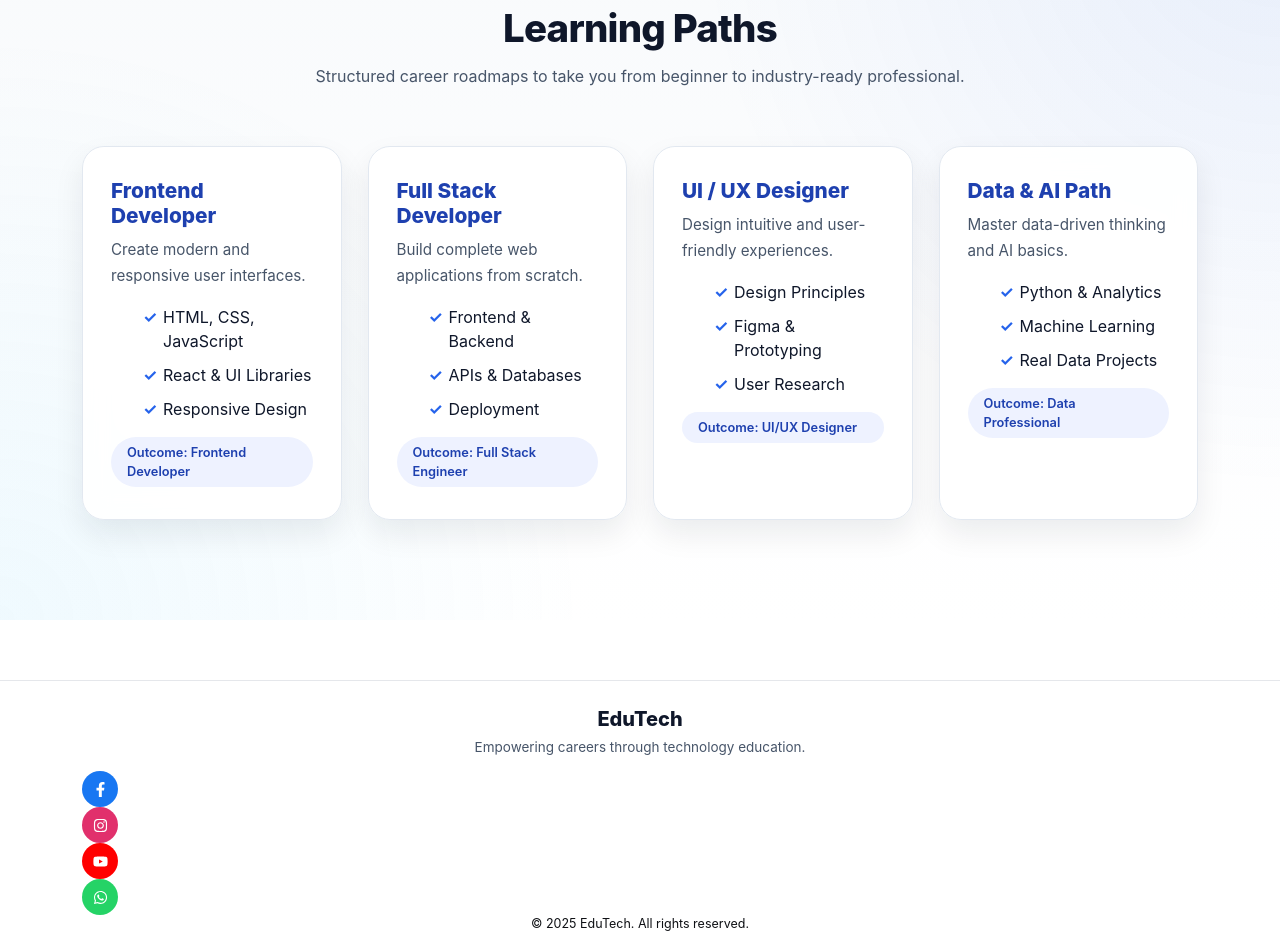
Repository: Aswin74k/project-2
Page: /
These files come from the project's save history. The page is drawn as it stood at one moment and after the next save; the edit follows.
The browser window is 1280 px wide. The pictures show the part of the page from y = 2139 to 3091 px (the page is 3091 px tall before and 2985 px after).
The project was rebuilt for these pictures with package versions that can differ from the ones it lists, and the page was loaded fresh each time. Also part of the build but not shown: vite.config.js, src/project/course.css, src/project/Course.jsx, src/project/About.css, src/project/About.jsx, src/project/Enroll.css, src/project/Enroll.jsx, src/project/contact.css and 2 more.

Above is the page before, as saved 2025-12-25 19:50:24.

### src/main.jsx
import React from "react";
import ReactDOM from "react-dom/client";
import { BrowserRouter } from "react-router-dom";
import App from "./project/App";
import { AuthProvider } from "./context/AuthContext"; // ✅ ADD THIS
import "bootstrap/dist/css/bootstrap.min.css";

ReactDOM.createRoot(document.getElementById("root")).render(
  <React.StrictMode>
    <BrowserRouter>
      <AuthProvider>
        <App />
      </AuthProvider>
    </BrowserRouter>
  </React.StrictMode>
);

### src/project/App.jsx
import React from "react";
import { Routes, Route } from "react-router-dom";

import EduNavbar from "./EduNavbar";
import Home from "./Home";
import Course from "./Course";
import About from "./About";
import Enroll from "./Enroll";
import Contact from "./Contact";
import ProtectedRoute from "./ProtectedRoute";

export default function App() {
  return (
    <>
      <EduNavbar />

      <Routes>
        <Route path="/" element={<Home />} />
        <Route path="/courses/:id" element={<Course />} />
        <Route path="/about" element={<About />} />
        <Route path="/Contact" element={<Contact />} />


        <Route
          path="/enroll"
          element={
            <ProtectedRoute>
              <Enroll />
            </ProtectedRoute>
          }
        />
      </Routes>

    </>
  );
}

### src/context/AuthContext.jsx
import { createContext, useContext, useState, useEffect } from "react";

const AuthContext = createContext();

export function AuthProvider({ children }) {
  const [user, setUser] = useState(null);
  const [loading, setLoading] = useState(true);

  useEffect(() => {
    const savedUser = JSON.parse(
      localStorage.getItem("loggedInUser")
    );
    if (savedUser) setUser(savedUser);
    setLoading(false);
  }, []);

  const login = (email, password) => {
    const users =
      JSON.parse(localStorage.getItem("registeredUsers")) || [];

    const foundUser = users.find(
      (u) => u.email === email && u.password === password
    );

    if (!foundUser) {
      return { success: false, message: "Invalid email or password" };
    }

    localStorage.setItem(
      "loggedInUser",
      JSON.stringify(foundUser)
    );
    setUser(foundUser);

    return {
      success: true,
      message: `Welcome back, ${foundUser.firstName}`,
    };
  };

  const signup = (data) => {
    const users =
      JSON.parse(localStorage.getItem("registeredUsers")) || [];

    if (users.some((u) => u.email === data.email)) {
      return {
        success: false,
        message: "User already exists with this email!",
      };
    }

    users.push(data);
    localStorage.setItem(
      "registeredUsers",
      JSON.stringify(users)
    );

    localStorage.setItem(
      "loggedInUser",
      JSON.stringify(data)
    );
    setUser(data);

    return {
      success: true,
      message: "Account created successfully",
    };
  };

  const logout = () => {
    localStorage.removeItem("loggedInUser");
    setUser(null);
  };

  return (
    <AuthContext.Provider
      value={{ user, login, signup, logout, loading }}
    >
      {children}
    </AuthContext.Provider>
  );
}

export const useAuth = () => useContext(AuthContext);

### src/project/Navbar.css
/* ================= ROOT VARIABLES ================= */
:root {
  --primary: #111827;
  --primary-soft: rgba(17, 24, 39, 0.08);
  --danger: #ef4444;
  --success: #22c55e;

  --text-dark: #000000;
  --text-muted: #6b7280;

  --border-light: #e5e7eb;
  --bg-white: #ffffff;
}

/* ================= NAVBAR ================= */
.navbar {
  background: var(--bg-white);
  padding: 14px 0;
  border-bottom: 1px solid var(--border-light);
  transition: all 0.3s ease;
  z-index: 1000;
}

.navbar-scrolled {
  box-shadow: 0 10px 30px rgba(0, 0, 0, 0.08);
}

/* ================= BRAND ================= */
.navbar-brand {
  font-size: 1.8rem;
  font-weight: 900;
  letter-spacing: -0.5px;

  background: linear-gradient(90deg, #2563eb, #38bdf8);

  background-clip: text;              /* standard */
  -webkit-background-clip: text;      /* safari/chrome */
  -webkit-text-fill-color: transparent;

  transition: all 0.25s ease;
}

/* Optional hover (subtle, classy) */
.navbar-brand:hover {
  transform: translateY(-1px);
  filter: brightness(1.1);
}



/* ================= NAV LINKS ================= */
.navbar-nav .nav-link {
  color: var(--text-dark) !important;
  font-weight: 600;
  font-size: 0.95rem;
  padding: 8px 14px;
  position: relative;
}

.navbar-nav .nav-link::after {
  content: "";
  position: absolute;
  left: 50%;
  bottom: 2px;
  width: 0;
  height: 2px;
  background: var(--text-dark);
  transform: translateX(-50%);
  transition: width 0.3s ease;
}

.navbar-nav .nav-link:hover::after {
  width: 70%;
}

/* ================= SEARCH ================= */
.custom-search {
  position: relative;
  width: 210px;
}

.custom-search input {
  width: 100%;
  padding: 10px 42px 10px 16px;
  border-radius: 999px;
  border: 1px solid var(--border-light);
  background: #e4e5e6;
  font-size: 0.9rem;
}

.custom-search svg {
  position: absolute;
  right: 14px;
  top: 50%;
  transform: translateY(-50%);
  color: var(--text-muted);
}

/* ================= USER ================= */
.username {
  background: var(--primary-soft);
  color: var(--text-dark);
  padding: 6px 14px;
  border-radius: 999px;
  font-size: 0.85rem;
  font-weight: 600;
}

.user-icon {
  font-size: 22px;
  color: var(--text-dark);
  cursor: pointer;
}

/* ================= LOGOUT ICON ================= */
.logout-icon {
  font-size: 24px;
  color: var(--text-dark);
  cursor: pointer;
}

.logout-icon:hover {
  color: var(--danger);
}

/* ================= MODALS ================= */
.modal-content {
  border-radius: 22px;
  border: none;
  box-shadow: 0 30px 90px rgba(0, 0, 0, 0.25);
  padding: 20px;
}

.modal-header {
  border-bottom: 1px solid var(--border-light);
}

.modal-title {
  font-weight: 700;
}

.modal-body {
  padding: 28px 32px 32px;
}

/* ================= AUTH INPUT (IMAGE MATCHED) ================= */
.auth-input {
  width: 100%;
  height: 56px;
  border-radius: 16px;
  border: 1.5px solid #d1d5db;
  padding: 14px 18px;
  font-size: 1rem;
  margin-bottom: 18px;
  background: #ffffff;
}

.auth-input:focus {
  outline: none;
  border-color: #6366f1;
  box-shadow: 0 0 0 2px rgba(99, 102, 241, 0.25);
}

/* ================= PASSWORD ================= */
.password-wrapper {
  position: relative;
}

.password-wrapper span {
  position: absolute;
  right: 18px;
  top: 40%;
  transform: translateY(-50%);
  font-size: 18px;
  color: var(--text-muted);
  cursor: pointer;
}

/* ================= NAME ROW (SIGNUP) ================= */
.name-row {
  display: grid;
  grid-template-columns: 1fr 1fr;
  gap: 18px;
  margin-bottom: 18px;
}

/* ================= AUTH BUTTON ================= */
.auth-btn {
  width: 100%;
  height: 56px;
  border-radius: 16px;
  background: var(--text-dark);
  border: none;
  color: #fff;
  font-size: 1.05rem;
  font-weight: 600;
  margin-top: 8px;
}

.auth-btn:hover {
  opacity: 0.9;
}

/* ================= AUTH FOOTER ================= */
.auth-footer {
  margin-top: 16px;
  text-align: center;
  font-size: 0.9rem;
  color: var(--text-muted);
}

.auth-footer span {
  color: var(--text-dark);
  font-weight: 600;
  cursor: pointer;
}

/* ================= LOGOUT MODAL ================= */
.logout-modal .logout-icon-wrapper {
  width: 64px;
  height: 64px;
  background: rgba(0, 0, 0, 0.08);
  color: var(--danger);
  border-radius: 50%;
  display: flex;
  align-items: center;
  justify-content: center;
  font-size: 28px;
  margin: 0 auto 16px;
}

.logout-actions {
  display: flex;
  gap: 14px;
  justify-content: center;
}

.logout-cancel {
  padding: 10px 22px;
  border-radius: 14px;
  border: 2px solid var(--text-dark);
  background: transparent;
  font-weight: 600;
}

.logout-confirm {
  padding: 10px 22px;
  border-radius: 14px;
  background: var(--danger);
  border: none;
  color: #fff;
  font-weight: 600;
}

/* ================= MOBILE ================= */
@media (max-width: 768px) {
  .navbar-collapse {
    background: #ffffff;
    padding: 18px;
    border-radius: 16px;
    margin-top: 10px;
  }

  .custom-search {
    width: 100%;
    margin-top: 12px;
  }

  .name-row {
    grid-template-columns: 1fr;
  }
}

/* ================= AUTH MESSAGES (FINAL POLISH) ================= */
.modal-message {
  padding: 14px 18px;
  border-radius: 14px;
  font-size: 0.9rem;
  font-weight: 600;
  text-align: center;
  margin-bottom: 18px;
  line-height: 1.4;
  animation: messageFade 0.25s ease-in-out;
}

/* SUCCESS */
.modal-message.success {
  background: rgba(34, 197, 94, 0.14);
  color: #15803d;
  border: 1.5px solid rgba(34, 197, 94, 0.35);
}

/* ERROR */
.modal-message.error {
  background: rgba(239, 68, 68, 0.14);
  color: #b91c1c;
  border: 1.5px solid rgba(239, 68, 68, 0.35);
}

/* subtle animation */
@keyframes messageFade {
  from {
    opacity: 0;
    transform: translateY(-6px);
  }
  to {
    opacity: 1;
    transform: translateY(0);
  }
}

### src/project/Home.css
/* =========================
   DESIGN TOKENS
========================= */
:root {
  --primary: #2563eb;
  --primary-dark: #1e40af;
  --accent: #38bdf8;

  --text-main: #0f172a;
  --text-muted: #475569;

  --bg-light: #f8fafc;
  --glass: rgba(255, 255, 255, 0.92);

  --radius-lg: 22px;
  --radius-md: 14px;

  --shadow-soft: 0 14px 30px rgba(15, 23, 42, 0.08);
  --shadow-strong: 0 28px 60px rgba(15, 23, 42, 0.16);
}

/* =========================
   BASE
========================= */
.home {
  font-family: "Inter", "Segoe UI", system-ui, sans-serif;
  color: var(--text-main);
  background: #ffffff;
  overflow-x: hidden;
}

/* =========================
   SECTION HEADINGS
========================= */
.section-title {
  text-align: center;
  font-size: clamp(2rem, 3vw, 2.5rem);
  font-weight: 800;
  letter-spacing: -0.02em;
  margin-bottom: 12px;
}

.section-subtitle {
  text-align: center;
  max-width: 720px;
  margin: 0 auto 56px;
  font-size: 1rem;
  color: var(--text-muted);
  line-height: 1.7;
}

/* =========================
   HERO SECTION
========================= */
.hero-section {
  min-height: 95vh;
  background:
    linear-gradient(120deg, rgba(15, 23, 42, 0.92), rgba(15, 23, 42, 0.85)),
    url("https://images.unsplash.com/photo-1523240795612-9a054b0db644");
  background-size: cover;
  background-position: center;
  display: flex;
  align-items: center;
}

.hero-content {
  max-width: 860px;
  margin: auto;
  text-align: center;
  color: #ffffff;
}

.hero-content h1 {
  font-size: clamp(2.4rem, 4vw, 3.3rem);
  font-weight: 900;
  line-height: 1.15;
  margin-bottom: 20px;
}

.hero-content span {
  background: linear-gradient(90deg, var(--accent), var(--primary));
  background-clip: text;
  -webkit-background-clip: text;
  -webkit-text-fill-color: transparent;
}

.hero-content p {
  font-size: 1.1rem;
  line-height: 1.8;
  color: #e5e7eb;
  margin-bottom: 38px;
}

.hero-actions {
  display: flex;
  justify-content: center;
  gap: 18px;
}

.hero-actions .btn {
  padding: 12px 32px;
  font-size: 15.5px;
  border-radius: 999px;
  font-weight: 600;
  transition: all 0.3s ease;
}

.hero-actions .btn-primary {
  background: linear-gradient(135deg, var(--primary), var(--accent));
  border: none;
}

.hero-actions .btn-primary:hover {
  transform: translateY(-2px);
  box-shadow: var(--shadow-soft);
}

.hero-actions .btn-outline-light:hover {
  background: rgba(255, 255, 255, 0.12);
}

/* =========================
   STATS SECTION
========================= */
.stats-section {
  padding: 80px 0;
  background: linear-gradient(180deg, #f8fafc, #ffffff);
}

.stat-box {
  background: #ffffff;
  border-radius: var(--radius-md);
  padding: 32px 18px;
  text-align: center;
  box-shadow: var(--shadow-soft);
  transition: box-shadow 0.3s ease;
}

.stat-box:hover {
  box-shadow: var(--shadow-strong);
}

.stat-box svg {
  font-size: 38px;
  color: var(--primary);
  margin-bottom: 12px;
}

.stat-box h3 {
  font-size: 30px;
  font-weight: 800;
  margin-bottom: 4px;
}

.stat-box p {
  font-size: 14px;
  color: var(--text-muted);
}

/* =========================
   COURSES
========================= */
.courses-section {
  padding: 90px 0;
}

.course-card {
  border-radius: var(--radius-lg);
  overflow: hidden;
  background: #ffffff;
  box-shadow: var(--shadow-soft);
  transition: box-shadow 0.3s ease;
}

.course-card:hover {
  box-shadow: var(--shadow-strong);
}

.course-img {
  height: 180px;
  object-fit: cover;
}

.course-card .card-body {
  padding: 22px;
}

.course-card .card-title {
  font-size: 16.5px;
  font-weight: 700;
  margin-bottom: 8px;
}

.course-meta {
  display: flex;
  justify-content: space-between;
  font-size: 13px;
  color: #64748b;
  margin-bottom: 10px;
}

.course-rating {
  display: flex;
  align-items: center;
  gap: 6px;
  color: hsl(48, 96%, 53%);
}


.course-card .btn {
  border-radius: 999px;
  font-weight: 600;
}

/* =========================
   CAREER PATHS
========================= */
.paths-section {
  padding: 100px 0;
  background:
    radial-gradient(circle at top right, rgba(37, 99, 235, 0.08), transparent 40%),
    radial-gradient(circle at bottom left, rgba(56, 189, 248, 0.08), transparent 40%),
    linear-gradient(180deg, #f8fafc, #ffffff);
}

.paths-grid {
  display: grid;
  grid-template-columns: repeat(4, 1fr);
  gap: 26px;
}

.path-card {
  background: var(--glass);
  border-radius: var(--radius-lg);
  padding: 32px 28px;
  box-shadow: var(--shadow-soft);
  backdrop-filter: blur(12px);
  border: 1px solid #e2e8f0;
  transition: box-shadow 0.3s ease, border-color 0.3s ease;
}

.path-card:hover {
  box-shadow: var(--shadow-strong);
  border-color: rgba(37, 99, 235, 0.3);
}

.path-card h4 {
  font-size: 1.3rem;
  font-weight: 800;
  color: var(--primary-dark);
}

.path-card p {
  font-size: 0.95rem;
  color: var(--text-muted);
  line-height: 1.7;
}

.path-card ul li {
  list-style: none;
  margin-bottom: 10px;
  padding-left: 20px;
  position: relative;
}

.path-card ul li::before {
  content: "✓";
  position: absolute;
  left: 0;
  color: var(--primary);
  font-weight: 700;
}

.path-outcome {
  margin-top: 14px;
  padding: 6px 16px;
  border-radius: 999px;
  font-size: 0.8rem;
  font-weight: 600;
  background: #eef2ff;
  color: var(--primary-dark);
}

/* =========================
   FOOTER (FULL WHITE)
========================= */
.footer {
  background: #ffffff;
  color: #0f172a;
  padding: 26px 0 18px;
  margin-top: 60px;
  border-top: 1px solid #e5e7eb;
}

.footer-logo {
  font-size: 20px;
  font-weight: 800;
  color: #0f172a;
  margin-bottom: 6px;
}

.footer-tagline {
  font-size: 13.5px;
  color: #475569;
  margin-bottom: 14px;
}

.footer-social a {
  width: 36px;
  height: 36px;
  border-radius: 50%;
  display: flex;
  align-items: center;
  justify-content: center;
  color: #ffffff;
  font-size: 15px;
  transition: all 0.3s ease;
}

.footer-social .fb { background: #1877f2; }
.footer-social .ig { background: #e1306c; }
.footer-social .yt { background: #ff0000; }
.footer-social .wa { background: #25d366; }

.footer-social a:hover {
  transform: translateY(-2px);
}

.copy {
  font-size: 12.5px;
  color: #0f1115;
  margin: 0;
}

/* =========================
   RESPONSIVE
========================= */
@media (max-width: 1200px) {
  .paths-grid { grid-template-columns: repeat(3, 1fr); }
}

@media (max-width: 992px) {
  .paths-grid { grid-template-columns: repeat(2, 1fr); }
}

@media (max-width: 576px) {
  .paths-grid { grid-template-columns: 1fr; }
  .hero-actions { flex-direction: column; }
}

Loaded but not shown: index.html (common file); src/project/EduNavbar.jsx (341 lines, source omitted); src/project/Home.jsx (236 lines, source omitted)

After the next save:
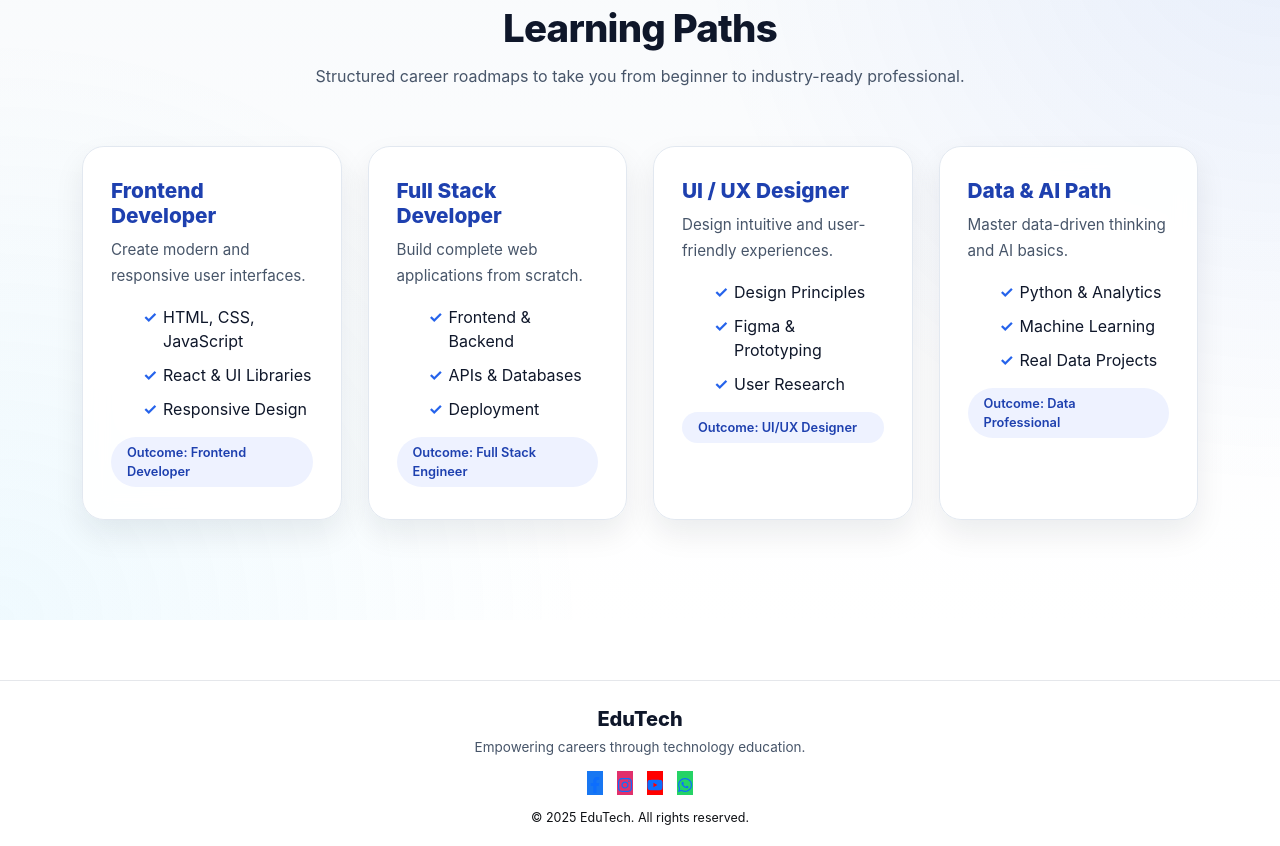
Saved 35 s later.
--- a/src/project/Home.css
+++ b/src/project/Home.css
@@ -305,16 +305,11 @@
   margin-bottom: 14px;
 }
 
-.footer-social a {
-  width: 36px;
-  height: 36px;
-  border-radius: 50%;
-  display: flex;
-  align-items: center;
+.footer-social {
+  display: flex;
   justify-content: center;
-  color: #ffffff;
-  font-size: 15px;
-  transition: all 0.3s ease;
+  gap: 14px;
+  margin-bottom: 14px;
 }
 
 .footer-social .fb { background: #1877f2; }

After the save that followed:
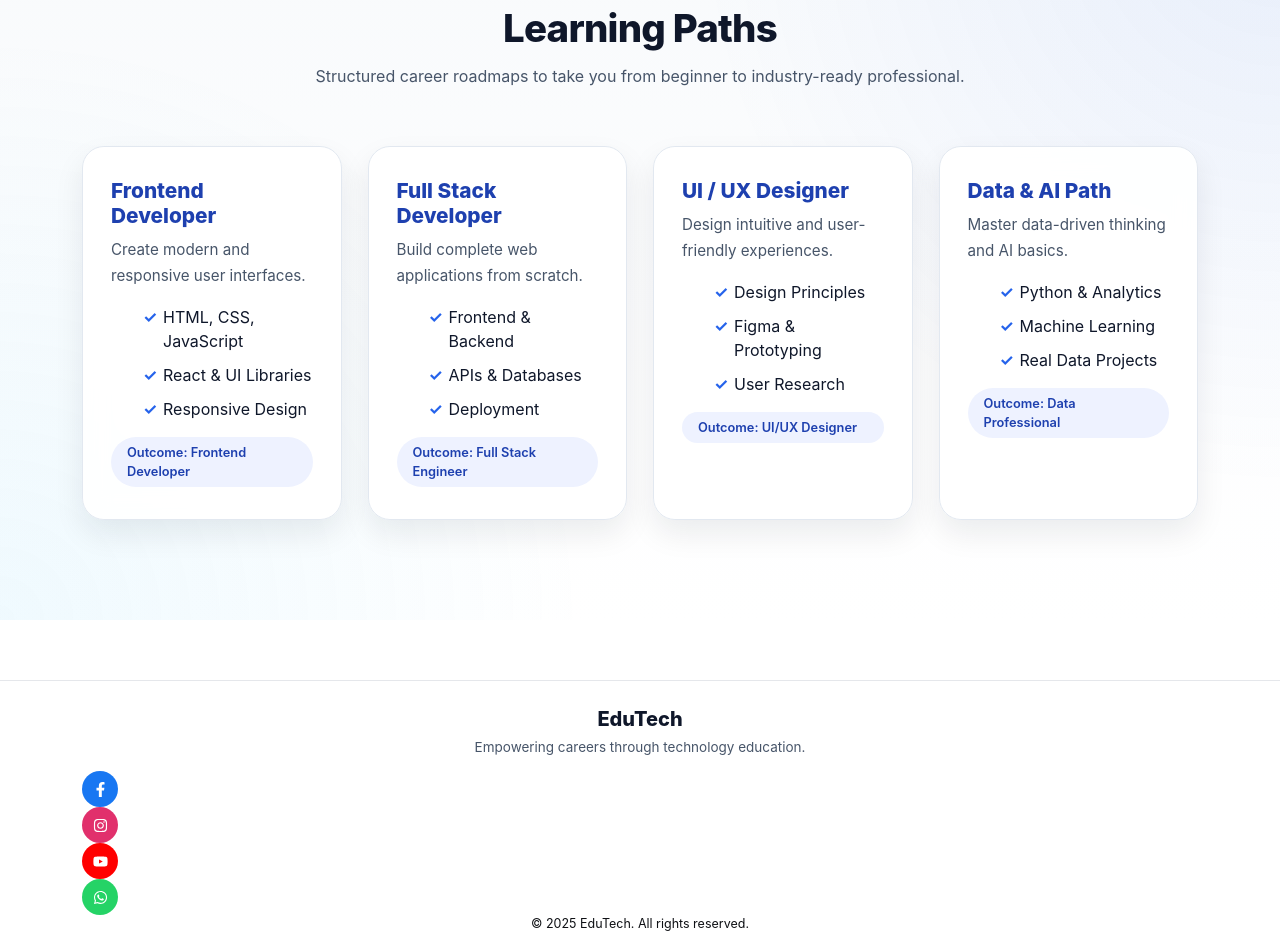
Saved 12 s later.
--- a/src/project/Home.css
+++ b/src/project/Home.css
@@ -305,11 +305,16 @@
   margin-bottom: 14px;
 }
 
-.footer-social {
-  display: flex;
+.footer-social a {
+  width: 36px;
+  height: 36px;
+  border-radius: 50%;
+  display: flex;
+  align-items: center;
   justify-content: center;
-  gap: 14px;
-  margin-bottom: 14px;
+  color: #ffffff;
+  font-size: 15px;
+  transition: all 0.3s ease;
 }
 
 .footer-social .fb { background: #1877f2; }
